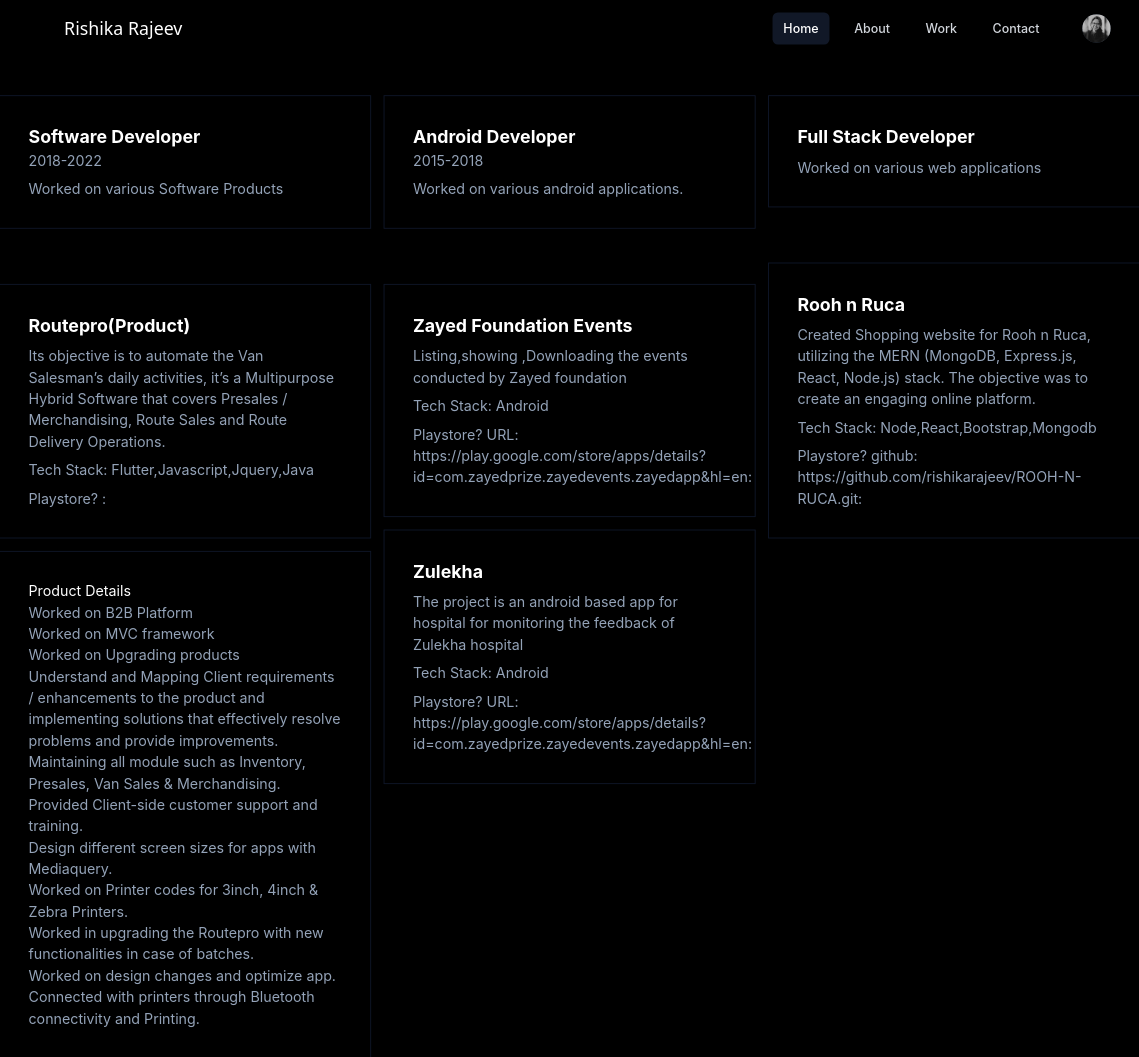
Repository: rishikarajeev/portfolio_rishika
Page: /work
These files come from the project's save history. The page is drawn as it stood at one moment and after a run of saves; the edit follows.
The browser window is 1280 px wide. The pictures show the whole page, at 89% of full size.
The project was rebuilt for these pictures with package versions that can differ from the ones it lists, and the page was loaded fresh each time. Also part of the build but not shown: src/Pages/Home.jsx, src/Pages/About.jsx, src/Pages/Contact.jsx.

Above is the page before, as saved 2023-10-23 19:08:09.

### src/Components/Nav/Nav.jsx
import React from 'react'

import img from '../../Images/profile.jpeg'

function Nav() {
  return (
    <div><nav class="dark:bg-black">
    <div class="mx-auto max-w-7xl px-2 sm:px-6 lg:px-8">
      <div class="relative flex h-16 items-center justify-between">
      <div class="absolute inset-y-0 left-7 flex items-center ">

      <a href="#" class=" text-white  px-3 py-2 text-xl font-medium font-sans" aria-current="page">Rishika Rajeev</a>
        </div>
        <div class="absolute inset-y-0 left-0 flex items-center sm:hidden">

          <button type="button" class="relative inline-flex items-center justify-center rounded-md p-2 text-gray-400 hover:bg-gray-700 hover:text-white focus:outline-none focus:ring-2 focus:ring-inset focus:ring-white" aria-controls="mobile-menu" aria-expanded="false">
            <span class="absolute -inset-0.5"></span>
            <span class="sr-only">Open main menu</span>

            <svg class="block h-6 w-6" fill="none" viewBox="0 0 24 24" stroke-width="1.5" stroke="currentColor" aria-hidden="true">
              <path stroke-linecap="round" stroke-linejoin="round" d="M3.75 6.75h16.5M3.75 12h16.5m-16.5 5.25h16.5" />
            </svg>

            <svg class="hidden h-6 w-6" fill="none" viewBox="0 0 24 24" stroke-width="1.5" stroke="currentColor" aria-hidden="true">
              <path stroke-linecap="round" stroke-linejoin="round" d="M6 18L18 6M6 6l12 12" />
            </svg>
          </button>
        </div>
        <div class="flex flex-1 items-center justify-end sm:items-stretch sm:justify-end">
          {/* <div class="flex flex-shrink-0 items-center">
            <img class="h-8 w-auto" src="https://tailwindui.com/img/logos/mark.svg?color=indigo&shade=500" alt="Your Company"/>
          </div> */}
          <div class="hidden sm:ml-6 sm:block ">
            <div class="flex space-x-4 ">

              <a href="/" class="bg-gray-900 text-white rounded-md px-3 py-2 text-sm font-medium" >Home</a>
              <a href="/about" class="text-gray-300 hover:bg-gray-700 hover:text-white rounded-md px-3 py-2 text-sm font-medium">About</a>
              <a href="/work" class="text-gray-300 hover:bg-gray-700 hover:text-white rounded-md px-3 py-2 text-sm font-medium">Work</a>
              <a href="/contact" class="text-gray-300 hover:bg-gray-700 hover:text-white rounded-md px-3 py-2 text-sm font-medium">Contact</a>
            </div>
          </div>
        </div>
        <div class="absolute inset-y-0 right-0 flex items-center pr-2 sm:static sm:inset-auto sm:ml-6 sm:pr-0">
          {/* <button type="button" class="relative rounded-full bg-gray-800 p-1 text-gray-400 hover:text-white focus:outline-none focus:ring-2 focus:ring-white focus:ring-offset-2 focus:ring-offset-gray-800">
            <span class="absolute -inset-1.5"></span>
            <span class="sr-only">View notifications</span>
            <svg class="h-6 w-6" fill="none" viewBox="0 0 24 24" stroke-width="1.5" stroke="currentColor" aria-hidden="true">
              <path stroke-linecap="round" stroke-linejoin="round" d="M14.857 17.082a23.848 23.848 0 005.454-1.31A8.967 8.967 0 0118 9.75v-.7V9A6 6 0 006 9v.75a8.967 8.967 0 01-2.312 6.022c1.733.64 3.56 1.085 5.455 1.31m5.714 0a24.255 24.255 0 01-5.714 0m5.714 0a3 3 0 11-5.714 0" />
            </svg>
          </button> */}


          <div class="relative ml-3">
            <div>
              <button type="button" class="relative flex rounded-full bg-gray-800 text-sm focus:outline-none focus:ring-2 focus:ring-white focus:ring-offset-2 focus:ring-offset-gray-800" id="user-menu-button" aria-expanded="false" aria-haspopup="true">
                <span class="absolute -inset-1.5"></span>
                <span class="sr-only">Open user menu</span>
                <img class="h-8 w-8 rounded-full" src={img} alt=""/>
              </button>
            </div>

          </div>
        </div>
      </div>
    </div>


    <div class="sm:hidden" id="mobile-menu">
      <div class="space-y-1 px-2 pb-3 pt-2">

        <a href="/" class="bg-gray-900 text-white block rounded-md px-3 py-2 text-base font-medium" aria-current="page">Home</a>
        <a href="/about" class="text-gray-300 hover:bg-gray-700 hover:text-white block rounded-md px-3 py-2 text-base font-medium">About</a>
        <a href="/work" class="text-gray-300 hover:bg-gray-700 hover:text-white block rounded-md px-3 py-2 text-base font-medium">Work</a>
        <a href="/contact" class="text-gray-300 hover:bg-gray-700 hover:text-white block rounded-md px-3 py-2 text-base font-medium">Contact</a>
      </div>
    </div>
  </nav>
  </div>
  )
}

export default Nav

### src/Pages/Mywork.jsx
import React from "react";
import Work from "../Components/Work";
import Project from "../Components/Project";
import Nav from "../Components/Nav/Nav";

function Mywork() {
  return (
    <div class="dark md:bg-black ">
      <Nav />

      <div>
        {" "}
        <div className="container mx-auto  dark dark:bg-black">
          <h2 className="text-3xl font-bold mb-2 ">Work Experience</h2>

          <div class="grid grid-cols-1 md:grid-cols-3 gap-4 dark dark:bg-black">
            <div className="dark md:bg-black">
              <Work
                title="Software Developer"
                description="Worked on various Software Products"
                year="2018-2022"
              />
              <h2 className="text-3xl font-bold mt-6 mb-1">Projects</h2>
              <Project
                title="Routepro(Product)"
                description=" Its objective is to automate the Van Salesman’s daily activities, it’s a Multipurpose Hybrid Software that covers Presales / Merchandising, Route Sales and Route Delivery Operations."
                techStack="Flutter,Javascript,Jquery,Java"
              />
              <div className="dark:text-slate-400 ring-1 ring-slate-900 max-w-2xl p-8 dark dark:bg-black">
                <h2 className="text-white"> Product Details</h2>
                <ul>
                  <li>Worked on B2B Platform</li>
                  <li>Worked on MVC framework</li>
                  <li>Worked on Upgrading products </li>
                  <li>
                    Understand and Mapping Client requirements / enhancements to
                    the product and implementing solutions that effectively
                    resolve problems and provide improvements.
                  </li>
                  <li>
                    Maintaining all module such as Inventory, Presales, Van
                    Sales & Merchandising.
                  </li>
                  <li>Provided Client-side customer support and training.</li>
                  <li>
                    Design different screen sizes for apps with Mediaquery.
                  </li>
                  <li>
                    Worked on Printer codes for 3inch, 4inch & Zebra Printers.
                  </li>
                  <li>
                    Worked in upgrading the Routepro with new functionalities in
                    case of batches.
                  </li>
                  <li>Worked on design changes and optimize app.</li>
                  <li>
                    Connected with printers through Bluetooth connectivity and
                    Printing.
                  </li>
                </ul>
              </div>
            </div>
            <div>
            <Work
                title="Android Developer"
                description="Worked on various android applications."
                year="2015-2018"
              />
              <h2 className="text-3xl font-bold mt-6 mb-1">Projects</h2>
              <Project
                title="Zayed Foundation Events"
                description=" Listing,showing ,Downloading the events conducted by Zayed foundation"
                techStack="Android"
                Playstore=" URL: https://play.google.com/store/apps/details?id=com.zayedprize.zayedevents.zayedapp&hl=en"
              />
                  <Project
                title="Zulekha"
                description=" The project is an android based app for hospital for monitoring the feedback of Zulekha hospital"
                techStack="Android"
                Playstore=" URL: https://play.google.com/store/apps/details?id=com.zayedprize.zayedevents.zayedapp&hl=en"
              />
               <ul>
                            <li>Listing the events conducted by Zayed foundation</li>
                            <li>Showing Live events.</li>
                                <li>	Downloading and viewing files.</li>
                                    <li>	Integrated Google Map & Facebook</li>
                                        <li>	Implemented Calendar with Marked Events.</li>
                                            <li>	Playstore URL: https://play.google.com/store/apps/details?id=com.zayedprize.zayedevents.zayedapp&hl=en</li>

                        </ul>
            </div>
            <div className="dark md:bg-black">
              <Work
                title="Full Stack Developer"
                description="Worked on various web applications"

              />
              <h2 className="text-3xl font-bold mt-6 mb-1">Projects</h2>
              <Project
                title="Rooh n Ruca"
                description="    Created Shopping website for Rooh n Ruca, utilizing the MERN (MongoDB, Express.js, React, Node.js)  stack. The objective was to create an  engaging online platform."
                techStack="Node,React,Bootstrap,Mongodb"
                Playstore= "github: https://github.com/rishikarajeev/ROOH-N-RUCA.git"


              />


            </div>
          </div>
        </div>
      </div>
    </div>
  );
}

export default Mywork;

### src/Components/Work.jsx
import React from 'react';

const Work = ({ title, description, year }) => {
  return (
    <div className="mb-4 ring-1 ring-slate-900 max-w-2xl p-8 dark md:bg-black">
      <h3 className="text-xl font-bold text-white">{title}</h3>
      <p className="dark:text-slate-400">{year}</p>
      <p className="mt-2 dark:text-slate-400">{description}</p>
    </div>
  );
};

export default Work;

### src/Components/Project.jsx
import React from 'react';

const Project = ({ title, description, techStack,Playstore }) => {
  return (
    <div className="mb-4 ring-1 ring-slate-900 max-w-2xl p-8 dark md:bg-black">
      <h3 className="text-xl font-bold text-white">{title}</h3>
      <p className="mt-2 dark:text-slate-400">{description}</p>
      <p className="mt-2 dark:text-slate-400">Tech Stack: {techStack}</p>
      <p className="mt-2 dark:text-slate-400">Playstore? {Playstore}:</p>
    </div>
  );
};

export default Project;

### tailwind.config.js
/** @type {import('tailwindcss').Config} */
module.exports = {
  content: ["./src/**/*.{html,js,jsx}"],
  theme: {
    extend: {},
  },
  darkMode: 'class',
  plugins: [],
}

Loaded but not shown: public/index.html (common file); src/index.js (common file); src/index.css (common file); src/App.js (common file); src/reportWebVitals.js (common file); src/App.css (common file)

After the next 5 saves:
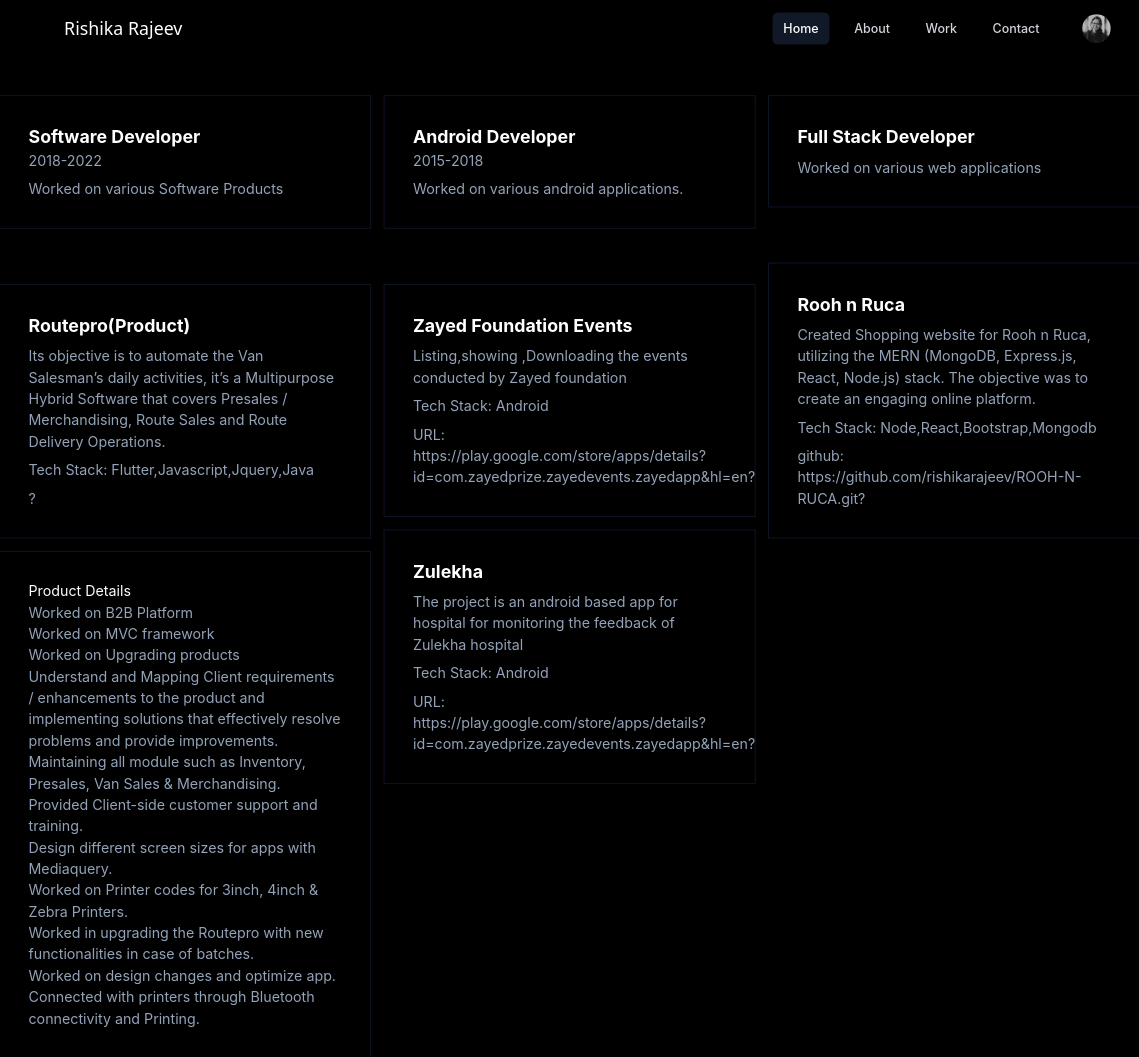
The 5 saves are shown as one change because they came seconds apart.
The last was saved 13 s later.
--- a/src/Components/Project.jsx
+++ b/src/Components/Project.jsx
@@ -6,7 +6,7 @@ const Project = ({ title, description, techStack,Playstore }) => {
       <h3 className="text-xl font-bold text-white">{title}</h3>
       <p className="mt-2 dark:text-slate-400">{description}</p>
       <p className="mt-2 dark:text-slate-400">Tech Stack: {techStack}</p>
-      <p className="mt-2 dark:text-slate-400">Playstore? {Playstore}:</p>
+      <p className="mt-2 dark:text-slate-400">{Playstore}?{}</p>
     </div>
   );
 };
